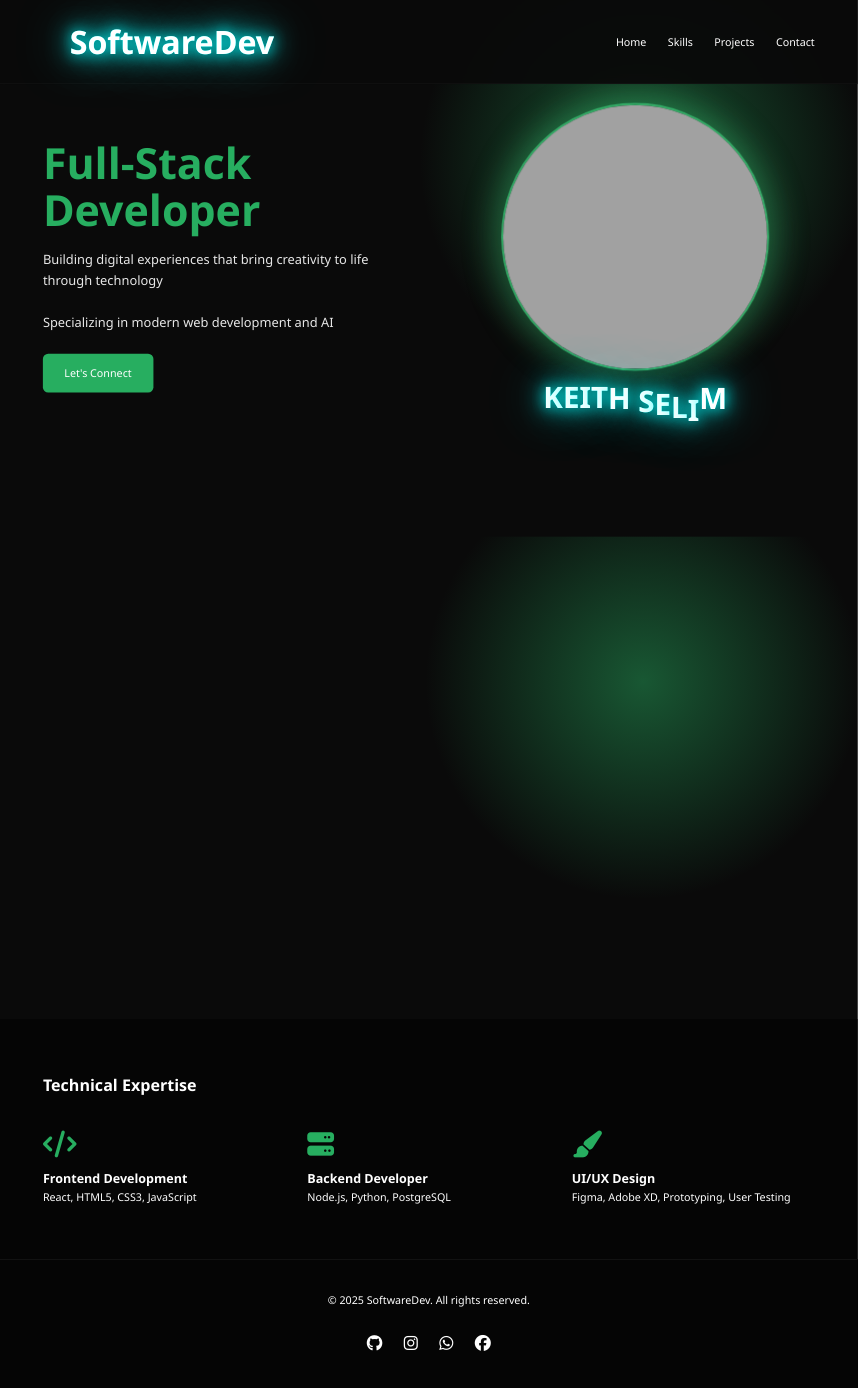
Repository: PEEZYBEE/my-react-portfolio
Page: /
The author's editor kept a copy of each file at every save. The page is drawn from the files as they stood at one save, then again after a run of saves.
The browser window is 1280 px wide. The pictures show the whole page, at 67% of full size.
Pictures or frames that could not be fetched are drawn as grey boxes. The project was rebuilt for these pictures with package versions that can differ from the ones it lists, and the page was loaded fresh each time. Also part of the build but not shown: vite.config.js.

Above is the page before, as saved 2025-04-21 01:34:44.

After the next 2 saves:
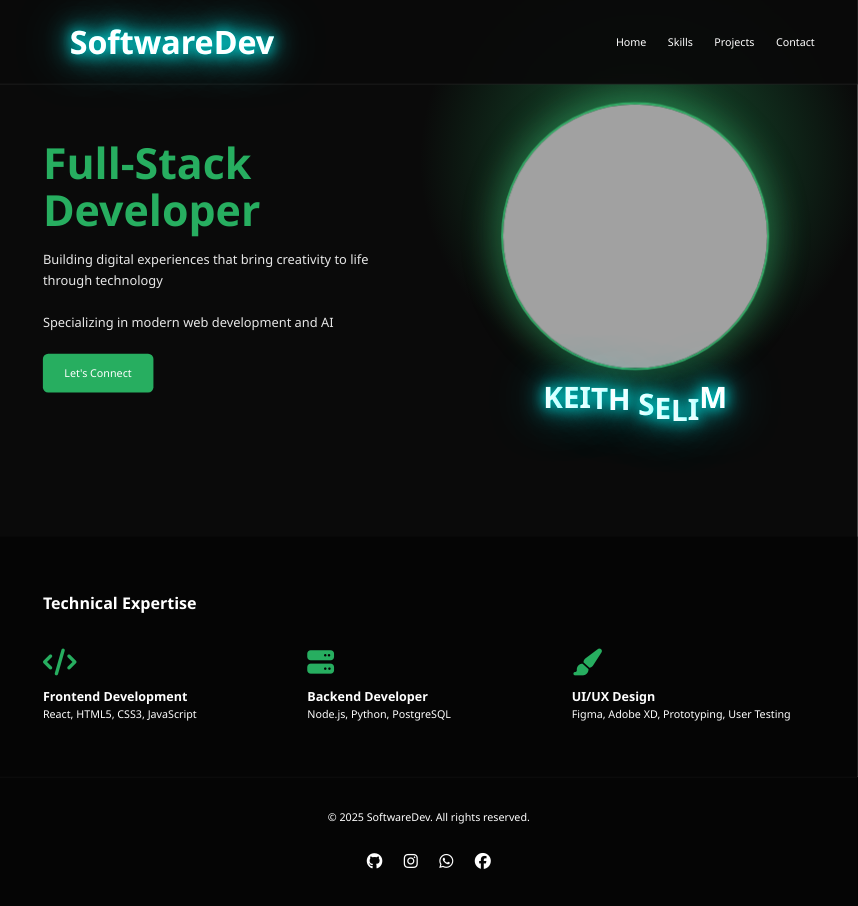
The 2 saves are shown as one change because 1 did not build or start.
The last was saved 30 s later.
--- a/src/components/NameBanner.jsx
+++ b/src/components/NameBanner.jsx
@@ -3,7 +3,7 @@ import React from "react";
 
 const Hero = () => {
   return (
-    <section id="home" className="hero">
+    <section>
 
 
 
